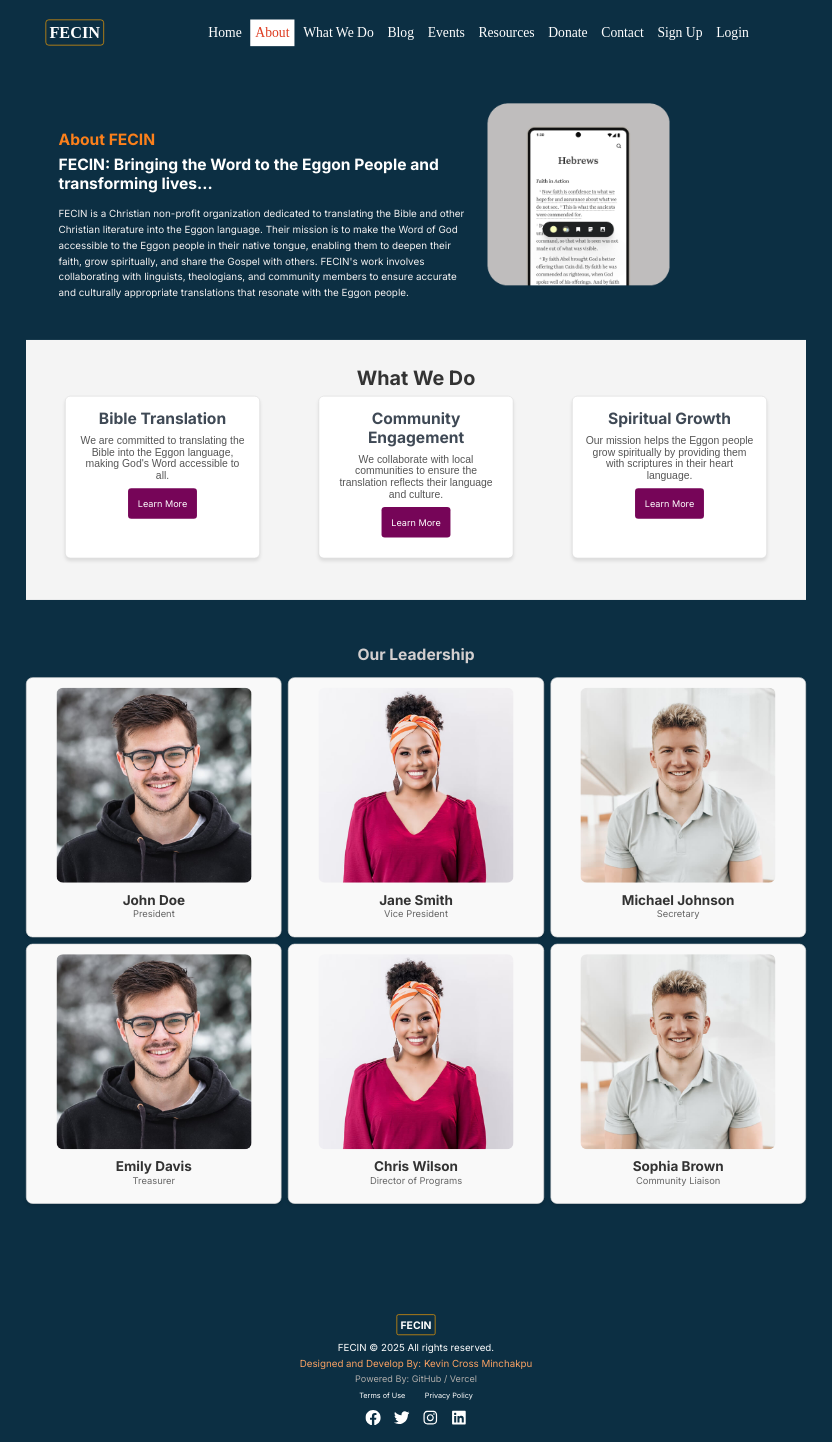
Repository: KCMinchakpu/fecin-projectgs497
Page: /about
The author's editor kept a copy of each file at every save. The page is drawn from the files as they stood at one save, then again after the next save.
The browser window is 1280 px wide. The pictures show the whole page, at 65% of full size.
The page's requests for data from a server got no answer. The project was rebuilt for these pictures with package versions that can differ from the ones it lists, and the page was loaded fresh each time. Some packages were replaced by stand-ins written for this rebuild. The framework's server and built-in components were replaced by stand-ins that run in the browser. No one was signed in, and anything a server would have sent is missing. Queries for data that is not in the repository find no rows. Also part of the build but not shown: next.config.mjs.

Above is the page before, as saved 2025-04-13 14:47:01.

### src/app/layout.js
"use client";

import { Inter } from "next/font/google";
import "./globals.css";
import Navbar from "@/components/navbar/Navbar";
import Footer from "@/components/footer/Footer";
import { SessionProvider } from "next-auth/react"; // Import SessionProvider

const inter = Inter({ subsets: ["latin"] });

export default function RootLayout({ children }) {
  return (
    <html lang="en">
      <body className={inter.className}>
        <SessionProvider>
          <div className="container">
            <Navbar />
            {children}
            <Footer />
          </div>
        </SessionProvider>
      </body>
    </html>
  );
}

### src/app/about/page.jsx
import React from 'react';
import Image from 'next/image';
import Link from 'next/link';
import styles from './about.module.css';

const AboutPage = () => {
  return (
    <div className={styles.container}>
      {/* About Section */}
      <div className={styles.aboutSection}>
        <div className={styles.textContainer}>
          <h2 className={styles.subtitle}>About FECIN</h2>
          <h1 className={styles.title}>
            FECIN: Bringing the Word to the Eggon People and transforming lives...
          </h1>
          <p className={styles.desc}>
            FECIN is a Christian non-profit organization dedicated to translating the Bible
            and other Christian literature into the Eggon language. Their mission is to make the
            Word of God accessible to the Eggon people in their native tongue, enabling them to
            deepen their faith, grow spiritually, and share the Gospel with others. FECIN's work
            involves collaborating with linguists, theologians, and community members to ensure
            accurate and culturally appropriate translations that resonate with the Eggon people.
          </p>
        </div>
        <div className={styles.imgContainer}>
          <Image
            src="/bible-app-2.png"
            alt="About Image"
            width={480}
            height={480}
            className={styles.img}
          />
        </div>
      </div>

      {/* Features Section */}
      <div className={styles.featuresContainer}>
        <h2 className={styles.featuresTitle}>What We Do</h2>
        <div className={styles.featuresList}>
          <div className={styles.featureCard}>
            <h3 className={styles.featureTitle}>Bible Translation</h3>
            <p className={styles.featureDesc}>
              We are committed to translating the Bible into the Eggon language, making God's Word accessible to all.
            </p>
            <Link href="/bible-translation" className={styles.learnMoreButton}>Learn More</Link>
          </div>
          <div className={styles.featureCard}>
            <h3 className={styles.featureTitle}>Community Engagement</h3>
            <p className={styles.featureDesc}>
              We collaborate with local communities to ensure the translation reflects their language and culture.
            </p>
            <Link href="/community-engagement" className={styles.learnMoreButton}>Learn More</Link>
          </div>
          <div className={styles.featureCard}>
            <h3 className={styles.featureTitle}>Spiritual Growth</h3>
            <p className={styles.featureDesc}>
              Our mission helps the Eggon people grow spiritually by providing them with scriptures in their heart language.
            </p>
            <Link href="/spiritual-growth" className={styles.learnMoreButton}>Learn More</Link>

          </div>
        </div>
      </div>

      {/* Leadership Section */}
      <div className={styles.leadershipSection}>
        <h2 className={styles.leadershipTitle}>Our Leadership</h2>
        <div className={styles.leadershipGrid}>
          {/* Leader Cards */}
          {[
            { name: 'John Doe', position: 'President', image: '/team-1.jpg' },
            { name: 'Jane Smith', position: 'Vice President', image: '/team-2.jpg' },
            { name: 'Michael Johnson', position: 'Secretary', image: '/team-3.jpg' },
            { name: 'Emily Davis', position: 'Treasurer', image: '/team-1.jpg' },
            { name: 'Chris Wilson', position: 'Director of Programs', image: '/team-2.jpg' },
            { name: 'Sophia Brown', position: 'Community Liaison', image: '/team-3.jpg' },
          ].map((leader, index) => (
            <div key={index} className={styles.leaderCard}>
              <Image src={leader.image} alt={leader.name} width={150} height={150} className={styles.leaderImage} />
              <h3 className={styles.leaderName}>{leader.name}</h3>
              <p className={styles.leaderPosition}>{leader.position}</p>
            </div>
          ))}
        </div>
      </div>
    </div>
  );
};

export default AboutPage;

### src/app/admin/users/[userId]/role/route.js
import dbConnect from '@/lib/dbConnect';
import User from '@/models/User';

export async function PATCH(req, { params }) {
  try {
    const { role } = await req.json();
    const { userId } = params;

    if (!role) {
      return new Response('Role is required', { status: 400 });
    }

    await dbConnect();

    const updatedUser = await User.findByIdAndUpdate(
      userId,
      { role },
      { new: true }
    );

    if (!updatedUser) {
      return new Response('User not found', { status: 404 });
    }

    return new Response('User role updated successfully', { status: 200 });
  } catch (error) {
    console.error('Error updating user role:', error);
    return new Response('Something went wrong', { status: 500 });
  }
}
// This code handles the PATCH request to update a user's role in the database.

### src/app/admin/users/route.js
import dbConnect from '@/lib/dbConnect';
import User from '@/models/User';

export async function GET() {
  try {
    await dbConnect();
    const users = await User.find();
    return new Response(JSON.stringify(users), { status: 200 });
  } catch (error) {
    console.error('Error fetching users:', error);
    return new Response('Something went wrong', { status: 500 });
  }
}

### src/app/globals.css
:root {
    --bg: #0c2f43;
    --text: white;
    --bgSoft: #091f2c;
    --textSoft: rgb(237, 232, 232);
    --btn: #de3c21;
    --bgWhite: white;
    --textGray: #444444;
}

/* Box sizing rules */
* {
    box-sizing: border-box;
    margin:0;
    padding: 0;
  }

/* Set core body defaults */
body {
    background-color: var(--bgWhite);
    color: var(--text);
  }

a {
    color: inherit;
    text-decoration: none;
}

.container {
  background-color: var(--bg);
  width: 100%; /* Default for small screens */
  margin: auto;
  padding-left: 20px;
  padding-right: 20px;
  min-height: 120vh;
  display: flex;
  flex-direction: column;
  justify-content: space-between;
}

.callnana {
    background-color: var(--bgWhite);
    color: var(--textGray);
    padding: 20px;
    border-radius: 8px;
    box-shadow: 0 4px 8px rgba(0, 0, 0, 0.1);
    margin-bottom: 20px;
    width: 400px;
    height: 200px;
    align-items: center;
    justify-items: center;
}

### src/components/navbar/Navbar.jsx
import React from 'react';
import Link from 'next/link';
import Links from "./links/Links";
import styles from "./navbar.module.css";

const Navbar = () => {
  return (
    <div className={styles.container}>
      <Link href="/" className={styles.logo}>FECIN</Link>
      <div>
        <Links />
      </div>
    </div>
  );
};

export default Navbar;

### src/components/footer/Footer.jsx
import React from 'react';
import styles from './footer.module.css';
import { FaFacebook, FaTwitter, FaInstagram, FaLinkedin } from 'react-icons/fa';

const Footer = () => {
  return (
    <div className={styles.container}>
      <div className={styles.logo}>
        {/* You can add a logo image here if needed */}
        <h2>FECIN</h2>
      </div>
      <div>
        <p className={styles.text}>FECIN © 2025 All rights reserved.</p>
        <p className={styles.author}>
          <a href="https://www.linkedin.com/in/kevin-cross-minchakpu-7897379a" target="_blank">Designed and Develop By: Kevin Cross Minchakpu</a>
          </p>
        <p className={styles.company}>
          <a href="https://octatesystems.github.io/OSNigeria/">Powered By: GitHub / Vercel</a>
          </p>
      </div>
      <div className={styles.links}>
        <a href="/terms" className={styles.link}>Terms of Use</a>
        <a href="/privacy" className={styles.link}>Privacy Policy</a>
      </div>
      <div className={styles.socialIcons}>
        <a href="https://facebook.com" target="_blank" rel="noopener noreferrer" className={styles.icon}>
          <FaFacebook />
        </a>
        <a href="https://twitter.com" target="_blank" rel="noopener noreferrer" className={styles.icon}>
          <FaTwitter />
        </a>
        <a href="https://instagram.com" target="_blank" rel="noopener noreferrer" className={styles.icon}>
          <FaInstagram />
        </a>
        <a href="https://linkedin.com" target="_blank" rel="noopener noreferrer" className={styles.icon}>
          <FaLinkedin />
        </a>
      </div>
    </div>
  );
};

export default Footer;

### src/app/about/about.module.css
/* Main Container */
.container {
    display: flex;
    flex-direction: column;
    align-items: center;
    gap: 20px;
    padding: 20px;
    margin-bottom: 80px;
  }

  /* About Section */
  .aboutSection {
    display: flex;
    flex-direction: row;
    justify-content: space-between;
    align-items: center;
    gap: 20px;
    width: 100%;
    margin-bottom: 20px;
  }

  /* Text Section */
  .textContainer {
    flex: 1;
    text-align: left;
    margin-top: 80px;
  }

  /* Text Styles */
  .subtitle {
    font-size: 1.5rem;
    color: #fc801b;
    margin-bottom: 10px;
    margin-left: 50px;
  }

  .title {
    font-size: 1.5rem;
    font-weight: bold;
    margin-bottom: 20px;
    margin-left: 50px;
  }

  .desc {
    font-size: .95rem;
    color: #f4f2f2;
    line-height: 1.6;
    margin-bottom: 20px;
    margin-left: 50px;
  }

  /* Image Section */
  .imgContainer {
    flex: 1;
    position: relative;
    max-width: 500px;
    height: auto;
  }

  .img {
    object-fit: contain;
    width: 280px;
    height: 280px;
    color: #555;
    margin-left: 10px;
  }

  /* Features Section */
.featuresContainer {
    width: 100%;
    height: 400px; /* Adjust height as needed */
    padding: 40px 20px;
    background-color: #f4f4f4;
    text-align: center;
  }

  .featuresTitle {
    font-size: 1.9rem;
    font-weight: bold;
    color: #333;
    margin-bottom: 10px;
  }

  .featuresList {
    display: grid;
    grid-template-columns: repeat(3, 1fr);
    gap: 10px;
    justify-items: center;
  }

  .featureCard {
    background-color: white;
    border: 1px solid #ddd;
    border-radius: 8px;
    padding: 20px;
    width: 100%;
    height: 250px; /* Adjust height as needed */
    max-width: 300px;
    text-align: center;
    box-shadow: 0 4px 6px rgba(0, 0, 0, 0.1);
  }

  .featureTitle {
    font-size: 1.5rem;
    font-weight: bold;
    color: #3f4955;
    margin-bottom: 10px;
  }

  .featureDesc {
    font-size: 1rem;
    color: #555;
    font-family: Arial, Helvetica, sans-serif;
  }

  .learnMoreButton {
    display: inline-block;
    margin-top: 10px;
    padding: 15px;
    background-color: #760558;
    color: #fff;
    border: none;
    border-radius: 5px;
    text-align: center;
    text-decoration: none;
    font-size: 14px;
    cursor: pointer;
    transition: background-color 0.3s ease;
  }

  .learnMoreButton:hover {
    background-color: #53769b;
  }

  /* Leadership Section */
.leadershipSection {
  width: 100%;
  margin-top: 20px;
  text-align: center;
  margin-top: 50px;
  margin-bottom: 50px;
}

.leadershipTitle {
  font-size: 1.5rem;
  margin-bottom: 20px;
  color: #d3cfcf;
}

.leadershipGrid {
  display: grid;
  grid-template-columns: repeat(3, 1fr);
  gap: 10px;
  justify-items: center;
  align-items: center;
}

.leaderCard {
  width: 100%;
  height: 400px; /* Adjust height as needed */
  background-color: #f9f9f9;
  border: 1px solid #ddd;
  border-radius: 10px;
  padding: 15px;
  text-align: center;
  box-shadow: 0 4px 6px rgba(0, 0, 0, 0.1);
  transition: transform 0.3s, box-shadow 0.3s;
}

.leaderCard:hover {
  transform: translateY(-5px);
  box-shadow: 0 8px 12px rgba(0, 0, 0, 0.15);
}

.leaderImage {
  border-radius: 10px;
  margin-bottom: 10px;
  width: 300px; /* Adjust size as needed */
  height: 300px; /* Adjust size as needed */
}

.leaderName {
  font-size: 1.3rem;
  font-weight: bold;
  color: #333;
}

.leaderPosition {
  font-size: .9rem;
  color: #666;
}

@media (min-width: 480px) {
  .Container {
    flex-direction: column;
  }
}

### src/components/navbar/links/Links.jsx
"use client";

import React, { useState } from "react";
import { useSession } from "next-auth/react";
import Image from 'next/image';
import NavLink from "../navLink/navLink";
import styles from "./links.module.css";

const links = [
  { title: "Home", path: "/" },
  { title: "About", path: "/about" },
  { title: "What We Do", path: "/whatwedo" },
  { title: "Blog", path: "/blog" },
  { title: "Events", path: "/upcoming-events" },
  { title: "Resources", path: "/resources" },
  { title: "Donate", path: "/donate" },
  { title: "Contact", path: "/contact" },
  { title: "Sign Up", path: "/signup" },
  ];

const Links = () => {
  const [open, setOpen] = useState(false);
  const { data: session, status } = useSession();

  const isAdmin = session?.user?.role === "admin";

  return (
    <div className={styles.container}>
      <div className={styles.links}>
        {links.map((link) => (
          <NavLink item={link} key={link.title} />
        ))}

        {!session && status !== "loading" && (
          <NavLink item={{ title: "Login", path: "/login" }} />
        )}

        {session && isAdmin && (
          <NavLink item={{ title: "Admin", path: "/admin" }} />
        )}

        {session && (
          <form method="post" action="/api/auth/signout">
            <button className={styles.logout}>Logout</button>
          </form>
        )}
      </div>

      <Image
        className={styles.menuButton}
        src="/menu.png"
        alt="Hamburger menu"
        width={30}
        height={30}
        onClick={() => setOpen((prev) => !prev)}
      />

      {open && (
        <div className={styles.mobileLinks}>
          {links.map((link) => (
            <NavLink item={link} key={link.title} />
          ))}
        </div>
      )}
    </div>
  );
};

export default Links;

### src/components/navbar/navbar.module.css
.container {
    height: 100px;
    display: flex;
    align-items: center;
    justify-content: space-between;
}

.logo {
    font-size: 25px;
    font-weight: bold;
    font-family: "Play", serif;
    font-weight: 700;
    font-style: normal;
    border: 1.5px solid orange;
    padding: 5px;
    border-radius: 5px;
    margin-left: 50px;
}

### src/components/footer/footer.module.css
/* Footer Container */
.container {
    background-color: var(--bg);
    color: white;
    display: flex;
    flex-direction: column;
    align-items: center;
    justify-content: space-between;
    padding: 20px;
    text-align: center;
  }

  .logo h2 {
    font-size: 1rem;
    margin-bottom: 10px;
    border: 1px solid orange;
    padding: 5px;
    border-radius: 3px;
  }

  .text {
    margin-bottom: 5px;
    font-size: 15px;

  }
  .author {
    margin-bottom: 5px;
    font-size: 15px;
    color: rgb(250, 162, 99);
  }

  .company {
    margin-bottom: 5px;
    font-size: 14px;
    color: rgb(174, 172, 170);
  }

  .author:hover {
    text-decoration: underline;
  }

  .company:hover {
    text-decoration: underline;
  }

  .links {
    margin-bottom: 15px;
  }

  .link {
    color: white;
    margin: 0 15px;
    text-decoration: none;
    font-size: 0.7rem;
  }

  .link:hover {
    text-decoration: underline;
  }

  .socialIcons {
    display: flex;
    justify-content: center;
    gap: 20px;
  }

  .icon {
    font-size: 1.5rem;
    color: white;
    transition: color 0.3s ease;
  }

  .icon:hover {
    color: #0070f3;
  }


  @media (min-width: 768px) {
    .container {
      flex-direction: column;
      align-items: center;
      justify-content: space-around;
    }
  }

### src/components/navbar/navLink/navLink.jsx
"use client";

import React from "react";
import Link from "next/link";
import { usePathname } from "next/navigation";
import styles from "./navLink.module.css";

const NavLink = ({ item }) => {
  const pathName = usePathname();
  return (
    <Link
      href={item.path}
      className={`${styles.container} ${
        pathName === item.path ? styles.active : ""
      }`}
    >
      {item.title}
    </Link>
  );
};

export default NavLink;

### src/components/navbar/links/links.module.css
.links {
    display: flex;
    align-items: center;
    gap: 5px;
    font-family: "Play", serif;
    font-style: normal;
    margin-right: 100px;
    font-size: 21px;
}

.logout {
    padding: 5px;
    cursor: pointer;
    font-weight: bold;
    font-size: 15px;
}

.menuButton,
.mobileLinks {
   display: none;
  }

  @media (max-width: 480px){
    .links {
        display: none;
    }

    .menuButton {
        display: block;
        cursor: pointer;
      }

    .mobileLinks {
        position: absolute;
        top: 100px;
        right: 0;
        width: 50%;
        height: calc(100vh-100px);
        /*background-color: var(--bg);*/
       background-color: brown;
        display: flex;
        flex-direction: column;
        align-items: center;
        justify-content: center;
        gap: 10px;
      }
  }

### src/components/navbar/navLink/navLink.module.css
.container {
    padding: 8px;
    text-align: center;


}

.active {
    background-color: var(--text);
    color: var(--btn);
}

After the next save:
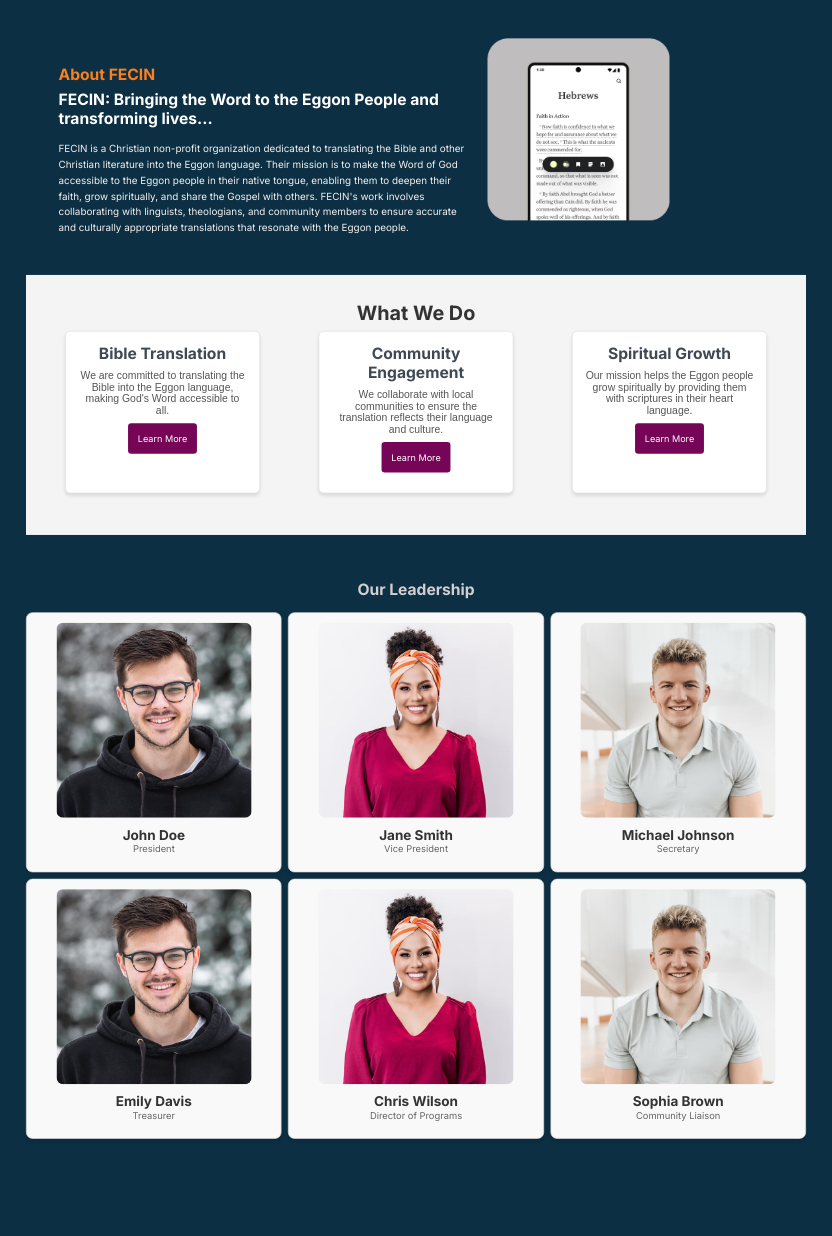
Saved 5 min 25 s later.
--- a/src/app/layout.js
+++ b/src/app/layout.js
@@ -14,9 +14,9 @@ export default function RootLayout({ children }) {
       <body className={inter.className}>
         <SessionProvider>
           <div className="container">
-            <Navbar />
+            <navbar />
             {children}
-            <Footer />
+            <footer />
           </div>
         </SessionProvider>
       </body>

After the save that followed:
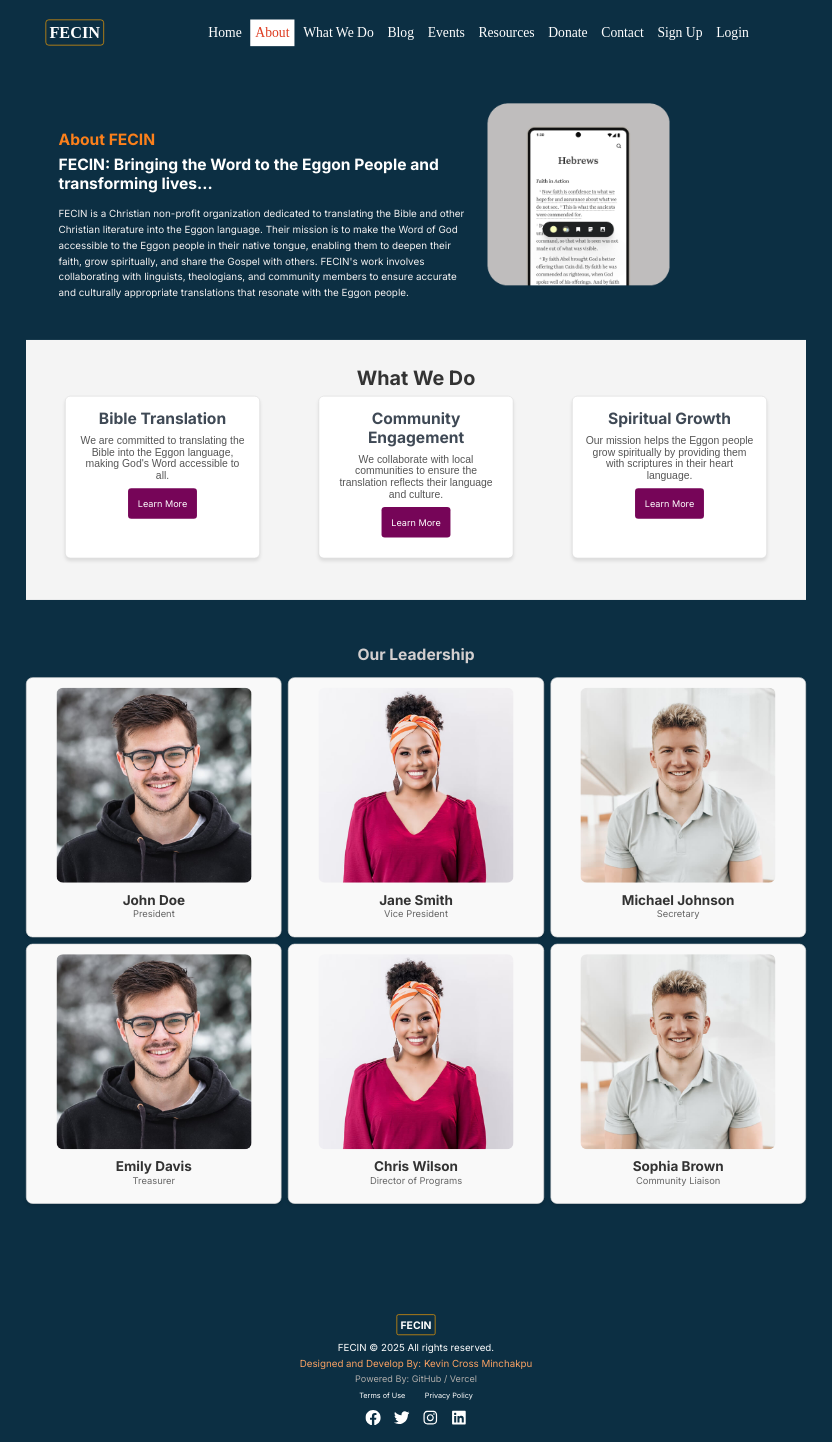
Saved 3 min 17 s later.
--- a/src/app/layout.js
+++ b/src/app/layout.js
@@ -14,9 +14,9 @@ export default function RootLayout({ children }) {
       <body className={inter.className}>
         <SessionProvider>
           <div className="container">
-            <navbar />
+            <Navbar />
             {children}
-            <footer />
+            <Footer />
           </div>
         </SessionProvider>
       </body>
